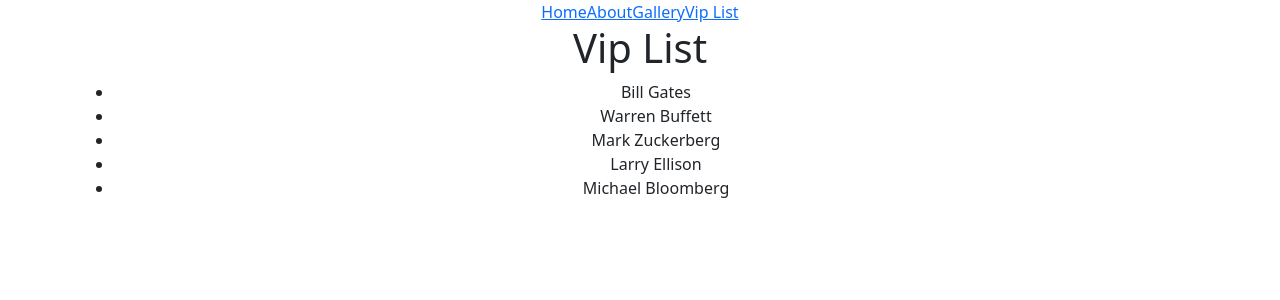
Repository: saargold/reactTest
Page: /vip
An editor plug-in stored every save of this project. The page is shown before and after the next save, followed by the edit.
The browser window is 1280 px wide. The pictures show the whole page.
The project was rebuilt for these pictures with package versions that can differ from the ones it lists, and the page was loaded fresh each time. A package was used in the major version that the imports need, not the one package.json lists. Also part of the build but not shown: src/App.css, src/api/Apicomp.js, src/input/MoviesInput.js, src/components/MovieList.js, src/components/AppMovies.js, src/components/Gallery.js, src/components/About.js, src/components/Home.js.

Above is the page before, as saved 2022-09-07 14:11:27.

### src/App.js
import logo from './logo.svg';
import './App.css';
import Apicomp from './api/Apicomp';
import AppMovies from './components/AppMovies';
import {BrowserRouter as Router ,Switch,Route,Link} from 'react-router-dom'
import Gallery from './components/Gallery';
import About from './components/About';
import Home from './components/Home';
import VipList from './components/VipList';
function App() {
  return (
    <Router>
    <div className="App text-center">
    <header>
      <Link to='/'>Home</Link>
      <Link to='/about'>About</Link>
      <Link to='/gallery'>Gallery</Link>
      <Link to='/vip'>Vip List</Link>

    </header>
    <Switch>
    <Route exact path="/" component={Home}></Route>
    <Route exact path="/about" component={About}></Route>
    <Route exact path="/gallery" component={Gallery}></Route>
    <Route exact path="/vip" component={VipList}></Route>

    </Switch>
    {/* <Apicomp/> */}
    {/* <AppMovies/> */}
    </div>
    </Router>
  );
}

export default App;

### src/components/VipList.js
import React from 'react'
import {vip_ar} from '../data/Vip.js'
function VipList() {
  return (
    <div className='container'>
        <h1>Vip List</h1>
        <ul>
            {vip_ar.map(item =>{
                return(
                    <li key={item.name}>{item.name}</li>
                )
            })}
        </ul>
    </div>
  )
}

export default VipList

### src/data/Vip.js
export const vip_ar=
[
    {
        "name":"Bill Gates",
        "worth":"$90B",
        "birth_year":"1955",
        "source":"microsoft",
        "country":"USA",
        "image":"https://specials-images.forbesimg.com/imageserve/59d502f931358e542c034e76/200x200.jpg?background=000000&cropX1=245&cropX2=2420&cropY1=636&cropY2=2813"

    },
    {
        "name":"Warren Buffett",
        "worth":"$84B",
        "birth_year":"1931",
        "source":"Berkshire Hathaway",
        "country":"USA",
        "image":"https://specials-images.forbesimg.com/imageserve/59d5055931358e542c034ead/200x200.jpg?background=000000&cropX1=46&cropX2=693&cropY1=159&cropY2=806"

    },
    {
        "name":"Mark Zuckerberg",
        "worth":"$71B",
        "birth_year":"1984",
        "source":"Facebook",
        "country":"USA",
        "image":"https://specials-images.forbesimg.com/imageserve/59d5062131358e542c034eb7/200x200.jpg?background=000000&cropX1=419&cropX2=1409&cropY1=53&cropY2=1044"

    },
    {
        "name":"Larry Ellison",
        "worth":"$57B",
        "birth_year":"1945",
        "source":"Sun, Oracle",
        "country":"USA",
        "image":"https://specials-images.forbesimg.com/imageserve/59d5069b31358e542c034ec1/200x200.jpg?background=000000&cropX1=0&cropX2=2000&cropY1=227&cropY2=2228"

    },
    {
        "name":"Michael Bloomberg",
        "worth":"$50B",
        "birth_year":"1942",
        "source":"Bloomberg",
        "country":"USA",
        "image":"https://specials-images.forbesimg.com/imageserve/58c1d278a7ea431f321add1f/200x200.jpg?background=000000&cropX1=0&cropX2=744&cropY1=40&cropY2=784"

    }
]

Loaded but not shown: public/index.html (common file); src/index.js (common file); src/index.css (common file); src/reportWebVitals.js (common file)

After the next save:
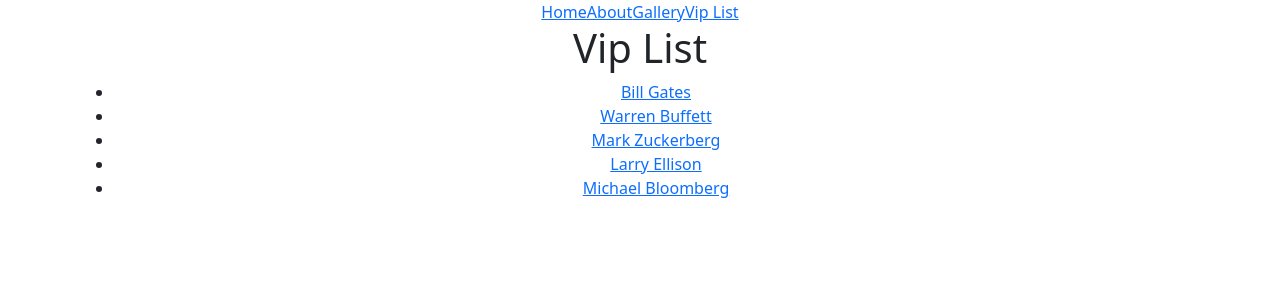
Saved 116 s later.
--- a/src/components/VipList.js
+++ b/src/components/VipList.js
@@ -1,13 +1,16 @@
 import React from 'react'
+import { Link } from 'react-router-dom'
 import {vip_ar} from '../data/Vip.js'
 function VipList() {
   return (
     <div className='container'>
         <h1>Vip List</h1>
         <ul>
-            {vip_ar.map(item =>{
+            {vip_ar.map((item,i) =>{
                 return(
-                    <li key={item.name}>{item.name}</li>
+                    <li key={item.name}>
+                    <Link to={"/vip/"+i}>{item.name}</Link>
+                    </li>
                 )
             })}
         </ul>
